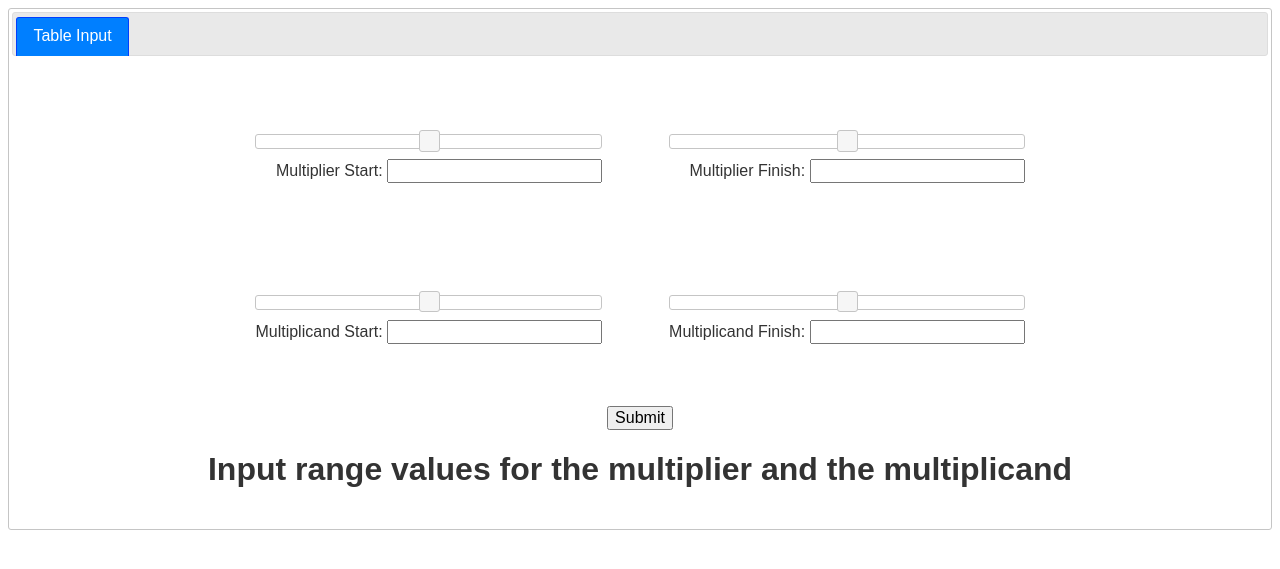
Repository: khrasna/HW4Part2
Page: index.html
These files come from the project's save history. The page is drawn as it stood at one moment and after the next save; the edit follows.
The browser window is 1280 px wide. The pictures show the whole page.
Some web libraries are served in a nearby version.

Above is the page before, as saved 2021-11-15 16:34:50.

### index.html
<!-- HTML file for Assignment 3
By Karsten Hrasna  email Karsten_Hrasna@student.uml.edu-->
<!DOCTYPE html>
<html>

<head>
    <title>Multiplication Table</title>
    <link rel="stylesheet" href="style.css">
    <script type="text/javascript" src="https://ajax.googleapis.com/ajax/libs/jquery/3.5.1/jquery.min.js"></script>
    <script type="text/javascript" src="dist/jquery.validate.min.js"></script>
    <script type="text/javascript" src="formvalidate.js"></script>
    <script type="text/javascript"
        src="https://ajax.googleapis.com/ajax/libs/jqueryui/1.11.4/jquery-ui.min.js"></script>
    <link rel="stylesheet" href="https://ajax.googleapis.com/ajax/libs/jqueryui/1.11.4/themes/smoothness/jquery-ui.css">
</head>

<body>

    <div id="tabs">
        <ul>
            <li><a href='#tab1'>Table Input</a></li>
        </ul>
        <div id="tab1">
            <h1>Input range values for the multiplier and the multiplicand</h1>
            <!-- Learned from W3schools. Creates a form which takes number ranges for multiplier and multiplicand. -->
            <form id="FormInput" action="javascript:void(0);" method="get">
                <!--Learned about javascript:void(0) from Dutchie432 at https://stackoverflow.com/questions/1818249/form-with-no-action-and-where-enter-does-not-reload-page-->
                <table>
                    <tr>

                        <td class="pad">
                            <div id="slider-1"></div>
                            Multiplier Start: <input input="text" name="MultiplierStart">
                        </td>

                        <td>
                            <div id="slider-2"></div>
                            Multiplier Finish: <input type="text" name="MultiplierFinish">
                        </td>
                    </tr>
                    <tr>
                        <td class="pad">
                            <div id="slider-3"></div>
                            Multiplicand Start: <input type="text" name="MultiplicandStart">
                        </td>

                        <td>
                            <div id="slider-4"></div>
                            Multiplicand Finish: <input type="text" name="MultiplicandFinish">
                        </td>
                    </tr>
                </table>
                <input type="submit" value="Submit">
                <!--goes directly under form and processes the input to create a mult table-->
            </form>
        </div>
    </div>


</body>

</html>

### style.css
/*Created by Karsten Hrasna. email: Karsten_Hrasna@student.uml.edu*/
html,
body {
    height: 97%;
    text-align: center;
}

#slider-1,
#slider-2,
#slider-3,
#slider-4 {
    margin-bottom: 10px;
    margin-top: 10px;
}

div#tab1 {
    display: grid;
    grid-template-columns: 100%;
    /* top row of grid holds the form for input, the rest of page holds the multiplication table*/
    grid-template-rows: auto;
    height: 97%;

}

#multTable {
    margin: auto;
    border-collapse: separate;
    border-spacing: 0;
    /*the dynamically sized multiplication table */
    margin-top: 0px;
    border-bottom: 0px;

}

input[type=submit] {
    /* submit button under form spaced here */
    margin-top: 10px;
    margin-bottom: 0px;
}

#multTable td,
th {
    border: solid;
    border-color: black;
    min-width: 70px;
    font-size: 30px;
    height: 70px;
}


#multTable th {
    position: sticky;
    top: 0px;
    border-right: solid;
    border-right-color: white;
    border-bottom: solid;
    border-bottom-color: white;
    background-color: black;
    color: white;

}

#multTable th:first-child {
    position: sticky;
    top: 70px;
    left: 0;
}


.sticky {
    position: fixed;
    top: 0px;
    /* get the headers to stay fixed on mult table */
    width: 100%;
}

#multTable tr:first-child th:first-child {
    border: none;
    background-color: white;
}

#multTable p.inputError {
    margin: 0px;
}

form {
    grid-row: 1;
    margin-bottom: 0px;
}

table {
    margin-left: auto;
    margin-right: auto;
}

form td {
    text-align: right;
    justify-content: right;
    padding: 50px;

    /*line up the input form textboxes*/
}

form p {
    margin: 0px;
}

td.pad {
    padding-right: 15px;
}

### formvalidate.js
$(function () {
    $("#tabs").tabs();

    $("#slider-1").slider({
        min: -50,                       //initialize the four sliders to set the values of their respective input boxes
        max: 50,
        slide: function (event, ui) {
            $('input[name="MultiplierStart"]').val(ui.value);
        }
    });
    $("#slider-2").slider({
        min: -50,
        max: 50,
        slide: function (event, ui) {
            $('input[name="MultiplierFinish"]').val(ui.value);
        }
    });
    $("#slider-3").slider({
        min: -50,
        max: 50,
        slide: function (event, ui) {
            $('input[name="MultiplicandStart"]').val(ui.value);
        }
    });
    $("#slider-4").slider({
        min: -50,
        max: 50,
        slide: function (event, ui) {
            $('input[name="MultiplicandFinish"]').val(ui.value);
        }
    });

    $('input[name="MultiplierStart"]').on('keyup', function () { //if the input boxes values are changed, set the slider to that value
        $("#slider-1").slider("option", "value", $('input[name="MultiplierStart"]').val());
    });

    $('input[name="MultiplierFinish"]').on('keyup', function () {
        $("#slider-2").slider("option", "value", $('input[name="MultiplierFinish"]').val());
    });

    $('input[name="MultiplicandStart"]').on('keyup', function () {
        $("#slider-3").slider("option", "value", $('input[name="MultiplicandStart"]').val());
    });

    $('input[name="MultiplicandFinish"]').on('keyup', function () {
        $("#slider-4").slider("option", "value", $('input[name="MultiplicandFinish"]').val());
    });


    $.validator.addMethod("less", function (value, element, params) {
        if (params[0].value == "") {
            return true; // dont want it to say that the start has to be greater than finish if no finish given. instead it will say to give finish value in other error
        } else {
            return this.optional(element) || +value <= +params[0].value;

        } //checks to make sure that the starts are less than the finishes, learned from
    });                                                           // https://jqueryvalidation.org/jQuery.validator.addMethod/

    var valid = $('input[value="Submit"]').on("click", function () {

        $("#FormInput").validate({
            onkeyup: false,     //this makes it so the validator doesnt update the error messages whenever new input is typed. only validates when submit is hit.
            onfocusout: false,  //learned about onkeyup, and onfocusout at https://www.sitepoint.com/jquery-validation-validate-form-submit/
            rules: {
                MultiplierStart: {
                    digits: true,
                    less: $('input[name="MultiplierFinish"]'),
                    required: true,
                    range: [-50, 50]
                },
                MultiplierFinish: {
                    required: true,
                    digits: true,
                    range: [-50, 50]
                },

                MultiplicandStart: {
                    digits: true,
                    less: $('input[name="MultiplicandFinish"]'),
                    required: true,
                    range: [-50, 50]
                },

                MultiplicandFinish: {
                    digits: true,
                    required: true,
                    range: [-50, 50]
                }
            },

            messages: {
                MultiplierStart: {
                    digits: "Multiplier Start must be a digit",
                    required: "Multiplier Start must be a digit between -50 and 50",
                    range: "The range of Multiplier Start must stay within -50 and 50",
                    less: "The value of Multiplier Start must be less than or equal to Multiplier Finish."
                },

                MultiplierFinish: {
                    digits: "Multiplier Finish must be a digit",
                    required: "Multiplier Finish must be a digit between -50 and 50",
                    range: "The range of Multiplier Finish must stay within -50 and 50",
                },

                MultiplicandStart: {
                    digits: "Multiplicand Start must be a digit",
                    required: "Multiplicand Start must be a digit between -50 and 50",
                    range: "The range of Multiplicand Start must stay within -50 and 50",
                    less: "The value of Multiplicand Start must be less than or equal to Multiplicand Finish."
                },

                MultiplicandFinish: {
                    digits: "Multiplicand Finish must be a digit",
                    required: "Multiplicand Finish must be a digit between -50 and 50",
                    range: "The range of Multiplicand Finish must stay within -50 and 50",
                }
            },

            errorPlacement: function (error, element) {
                $(error).appendTo($(('#FormInput')));
            },
            errorElement: "p"

        });

        if ($("#FormInput").valid()) {
            process();
        }

    });

});

function process() {
    var multStart = $('input[name="MultiplierStart"]').val();
    var multFinish = $('input[name="MultiplierFinish"]').val();
    var multiplicandStart = $('input[name="MultiplicandStart"]').val();
    var multiplicandFinish = $('input[name="MultiplicandFinish"]').val();

     //clear old table and create a table with size based on input given
    const rowVals = [];
    const colVals = []; //these will hold the values of the multiplier and multiplicand
    var rows = multFinish - multStart;
    var cols = multiplicandFinish - multiplicandStart;
    var tabs = $("#tabs ul li").length + 1; //number of tabs, learned from https://stackoverflow.com/questions/14702631/in-jquery-ui-1-9-how-do-you-create-new-tabs-dynamically
    for (var i = 0; i <= cols; i++) {
        colVals[i] = (+multiplicandStart + +i); //save the values of the numbers being multiplied
    }
    for (var i = 0; i <= rows; i++) {
        rowVals[i] = (+multStart + +i);
    }
    var table = createTable(rows, cols, rowVals, colVals); //create table based on total rows and cols, and top and left are the sets of multipliers and multiplicands
    table.id = "multTable";
    //adds list item to tab list with parameters as title
    $("#tabs ul").append("<li><a href='#tab" + tabs + "'>" + multStart + " " + multFinish + " " + multiplicandStart + " " + multiplicandFinish + "</a></li>");
    $("#tabs").append("<div id='tab" + tabs + "'></div>");
    $("#tab" + tabs).append(table);
    $("#tabs").tabs("refresh");

}

function createTable(rows, cols, rowVals, colVals) {
    var t = document.createElement('table');
    for (var x = 0; x <= rows + 1; x++) { // rows and cols + 1 to indicate ranges of numbers
        var r = document.createElement('tr');
        t.appendChild(r);
        for (var y = 0; y <= cols + 1; y++) {   //creates the cols of the table row by row
            if (y == 0) {
                var c = document.createElement('th'); //create and insert element based on position in table
                c.id = "topHeader";
                if (x != 0) {
                    c.innerHTML = rowVals[x - 1]; // - 1 because it is moved over 1 to the right
                }
            } else if (x == 0) {
                var c = document.createElement('th');
                if (y != 0) {
                    c.innerHTML = colVals[y - 1];
                }
            } else {
                var c = document.createElement('td');
                c.innerHTML = rowVals[x - 1] * colVals[y - 1];
                if (((y % 2) + (x % 2)) == 0 || ((y % 2) + (x % 2)) == 2) { // checker board effect
                    c.style.backgroundColor = "gray";
                }
            }
            r.appendChild(c);
        }
    }
    return t;
}

Loaded but not shown: dist/jquery.validate.min.js (library)

After the next save:
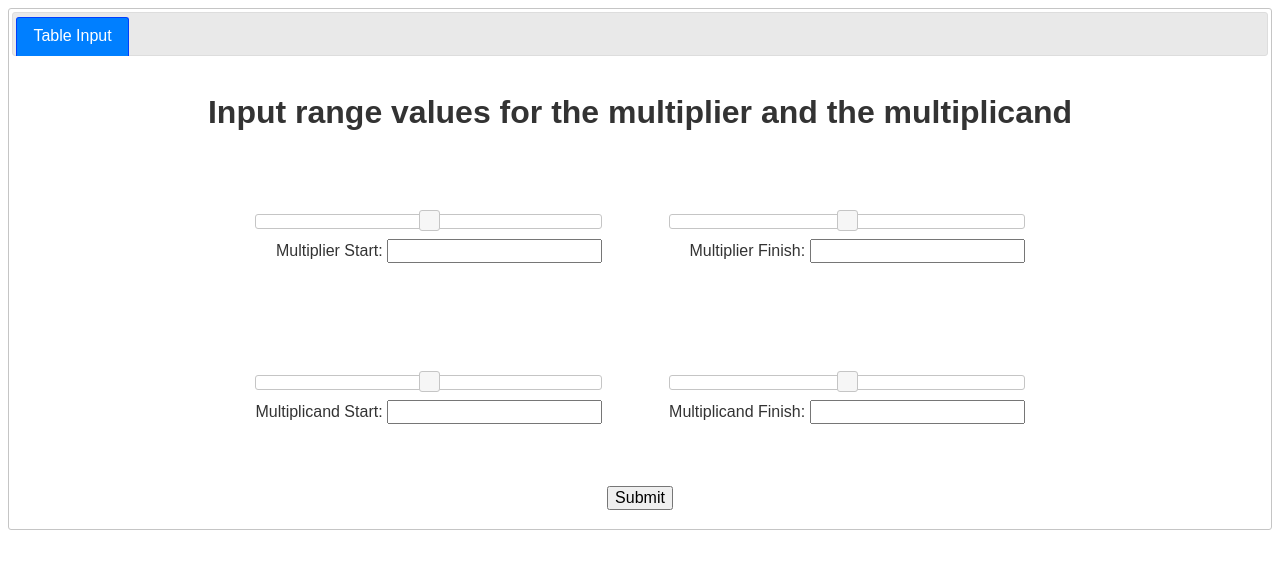
Saved 62 s later.
--- a/style.css
+++ b/style.css
@@ -84,7 +84,6 @@ th {
 }
 
 form {
-    grid-row: 1;
     margin-bottom: 0px;
 }
 
